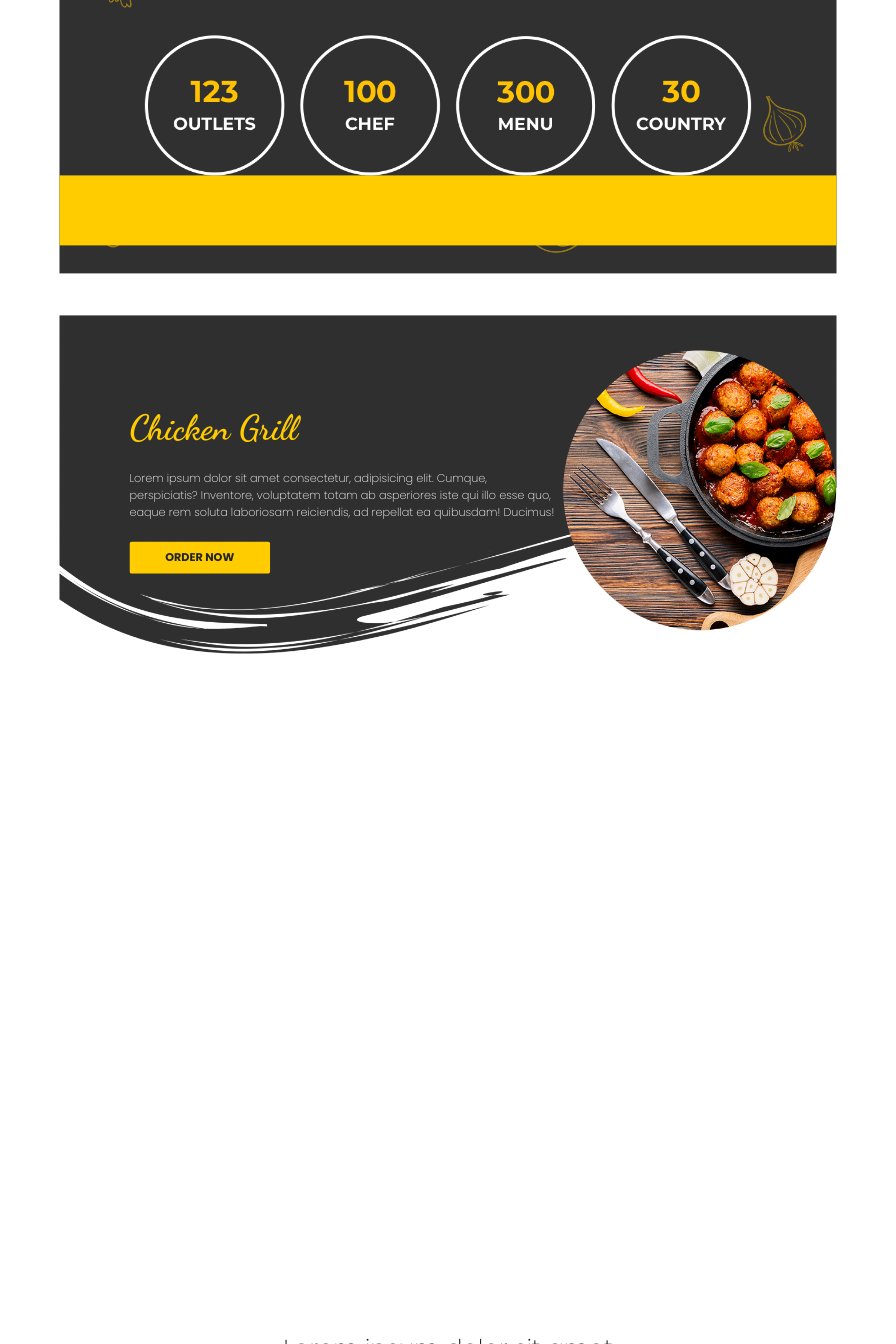
Repository: iphoneboy46/templateRestaurent
Page: index.html
An editor plug-in stored every save of this project. The page is shown before and after the next save, followed by the edit.
The browser window is 1280 px wide. The pictures show the part of the page from y = 2392 to 4312 px (the page is 7200 px tall), at 70% of full size.

Above is the page before, as saved 2022-10-12 22:34:45.

### index.html
<!DOCTYPE html>
<html lang="en">

<head>
    <meta charset="UTF-8">
    <meta http-equiv="X-UA-Compatible" content="IE=edge">
    <meta name="viewport" content="width=device-width, initial-scale=1.0">
    <link rel="stylesheet" href="https://cdn.jsdelivr.net/npm/bootstrap@4.3.1/dist/css/bootstrap.min.css"
        integrity="sha384-ggOyR0iXCbMQv3Xipma34MD+dH/1fQ784/j6cY/iJTQUOhcWr7x9JvoRxT2MZw1T" crossorigin="anonymous">
    <script src="https://code.jquery.com/jquery-3.3.1.slim.min.js"
        integrity="sha384-q8i/X+965DzO0rT7abK41JStQIAqVgRVzpbzo5smXKp4YfRvH+8abtTE1Pi6jizo"
        crossorigin="anonymous"></script>
    <script src="https://cdn.jsdelivr.net/npm/popper.js@1.14.7/dist/umd/popper.min.js"
        integrity="sha384-UO2eT0CpHqdSJQ6hJty5KVphtPhzWj9WO1clHTMGa3JDZwrnQq4sF86dIHNDz0W1"
        crossorigin="anonymous"></script>
    <script src="https://cdn.jsdelivr.net/npm/bootstrap@4.3.1/dist/js/bootstrap.min.js"
        integrity="sha384-JjSmVgyd0p3pXB1rRibZUAYoIIy6OrQ6VrjIEaFf/nJGzIxFDsf4x0xIM+B07jRM"
        crossorigin="anonymous"></script>
    <link rel="stylesheet" href="https://cdnjs.cloudflare.com/ajax/libs/font-awesome/6.2.0/css/all.min.css"
        integrity="sha512-xh6O/CkQoPOWDdYTDqeRdPCVd1SpvCA9XXcUnZS2FmJNp1coAFzvtCN9BmamE+4aHK8yyUHUSCcJHgXloTyT2A=="
        crossorigin="anonymous" referrerpolicy="no-referrer" />
    <link rel="stylesheet" href="style.css">
    <title>Document</title>
</head>

<body>
  <div class="container">
        <header class="header container-fluid">
            <nav class="menu__list pt-3">
                <div class="logo">
                    <a class="navbar-brand">
                        <img src="images/logo.png" alt="">
                    </a>
                </div>
                <ul class="menu__items">
                    <li class="nav-item">
                        <a class="nav-link text-white" href="#">Home</a>
                    </li>
                    <li class="nav-item">
                        <a class="nav-link text-white" href="#">Product</a>
                    </li>
                    <li class="nav-item">
                        <a class="nav-link text-white" href="#">Promo</a>
                    </li>
                    <li class="nav-item">
                        <a class="nav-link text-white" href="#">About</a>
                    </li>
                    <li class="nav-item">
                        <a class="nav-link text-white" href="#">Contact</a>
                    </li>
                </ul>
                <div class="item--search">
                    <i class="fa-solid fa-magnifying-glass"></i>
                </div>
            </nav>
            <div class="header__content">
                <h1>Title Here</h1>
                <p>Lorem ipsum dolor sit amet consectetur, adipisicing elit. Cumque, perspiciatis? Inventore, voluptatem
                    totam ab asperiores iste qui illo esse quo, eaque rem soluta laboriosam reiciendis, ad repellat ea
                    quibusdam! Ducimus!</p>
                <button type="button" class="btn">ORDER NOW</button>
            </div>
        </header>
        <section class="section">
            <div class="section__best-seller">
                <h1>Best seller</h1>
                <p>Lorem ipsum dolor sit amet consectetur adipisicing elit. Autem distinctio non dolorem nisi perspiciatis
                    eum alias sequi nobis a tempora! Eius perferendis sequi provident tempora deserunt ipsa excepturi,
                    laboriosam numquam.</p>
                <div class="section__best-seller--list">
                    <div class="section__best-seller--item">
                        <div>
                            <img src="images/img1.png" alt="">
                        </div>
                        <div>
                            <h2>Title Here</h2>
                        </div>
                        <div>
                            <p>Lorem ipsum dolor sit amet consectetur adipisicing elit. </p>
                        </div>
                    </div>
                    <div class="section__best-seller--item">
                        <div>
                            <img src="images/img2.png" alt="">
                        </div>
                        <div>
                            <h2>Title Here</h2>
                        </div>
                        <div>
                            <p>Lorem ipsum dolor sit amet consectetur adipisicing elit. </p>
                        </div>
                    </div>
                    <div class="section__best-seller--item">
                        <div>
                            <img src="images/img3.png" alt="">
                        </div>
                        <div>
                            <h2>Title Here</h2>
                        </div>
                        <div>
                            <p>Lorem ipsum dolor sit amet consectetur adipisicing elit. </p>
                        </div>
                    </div>
                </div>
            </div>
           <div class="section__background">
                <div class="section__Oriental">
                    <div class="section__Oriental--content">
                        <div class="section__Oriental--img">
                            <img src="images/img8.png" alt="">
                        </div>
                        <div class="section__Oriental--title">
                            <h1>Oriental Taste</h1>
                            <p>Lorem ipsum dolor sit amet consectetur, adipisicing elit. Cumque, perspiciatis? Inventore,
                                voluptatem totam ab asperiores iste qui illo esse quo, eaque rem soluta laboriosam reiciendis,
                                ad repellat ea quibusdam! Ducimus!</p>
                            <button type="button" class="btn">ORDER NOW</button>
                        </div>
                    </div>
                </div>
                <div class="section__Statistics">
                    <div class="section__Statistics--title">
                        <h1>Statistics</h1>
                        <p>Lorem ipsum dolor sit amet consectetur adipisicing elit. Autem distinctio non dolorem nisi
                            perspiciatis eum alias sequi nobis a tempora! Eius perferendis sequi provident tempora deserunt ipsa
                            excepturi, laboriosam numquam.</p>
                    </div>
                    <div class="section__Statistics--img">
                        <img src="images/img7.png" alt="">
                        <img src="images/img6.png" alt="">
                        <img src="images/img5.png" alt="">
                        <img src="images/img4.png" alt="">
                    </div>
                    <div class="background-Color"></div>
                    <div class="section__Chicken">
                        <div class="section__Oriental--content">
                            <div class="section__Oriental--title">
                                <h1>Chicken Grill</h1>
                                <p>Lorem ipsum dolor sit amet consectetur, adipisicing elit. Cumque, perspiciatis? Inventore,
                                    voluptatem totam ab asperiores iste qui illo esse quo, eaque rem soluta laboriosam
                                    reiciendis, ad repellat ea quibusdam! Ducimus!</p>
                                <button type="button" class="btn">ORDER NOW</button>
                            </div>
                            <div class="section__Oriental--img">
                                <img src="images/img9.png" alt="">
                            </div>
                        </div>
                    </div>
                </div>
                <div class="section__comment">
                   <div class="section__comment--title">
                        <p>Lorem ipsum dolor sit amet consectetur adipisicing elit. Dolor iure ducimus inventore enim harum aspernatur, et tempore minus ab, natus eos obcaecati error provident laboriosam. Eos quaerat unde sint! Sit.</p>
                        <h1>Lenora Fields</h1>
                   </div>
                </div>
           </div>
        </section>
  </div>
</body>

</html>

### style.css
@import url('https://fonts.googleapis.com/css2?family=Poppins:wght@200&display=swap');
@import url('https://fonts.googleapis.com/css2?family=Dancing+Script:wght@700&family=Great+Vibes&family=Pacifico&family=Poppins:wght@200;700&family=Yellowtail&display=swap');
@import url('https://fonts.googleapis.com/css2?family=Dancing+Script:wght@700&family=Pacifico&family=Poppins:wght@200&display=swap');


* {
    padding: 0;
    margin: 0;
    box-sizing: border-box;
    font-family: 'Poppins', sans-serif;
    text-decoration: none;
    list-style: none;
}

body {
    background-color: white;
    height: 1000vh;
}

.logo {
    width: 40%;
}

.header {
    background-image: url(images/header.png);
    width: 100%;
    height: 900px;
    background-repeat: no-repeat;
}

.menu__list {
    display: flex;
    justify-content: space-between;
    align-items: center;
}

.menu__items {
    display: flex;
    justify-content: space-between;
    align-items: center;
    width: 40%;
}

.menu__items li a {
    font-size: 20px;
}


.item--search i {
    margin-right: 10px;
    color: white;
    font-size: 20px;
}

.header__content {
    width: 435px;
    position: absolute;
    top: 40%;
    left: 65%;
    transform: translate(-50%, -50%)
}



.header__content h1 {
    color: #ffcc00;
    font-size: 80px;
    font-weight: bold;
    font-family: 'Dancing Script', sans-serif;
}

.header__content p {
    font-size: 18px;
    color: white;
    line-height: 30px;
    margin-top: 30px;
    margin-bottom: 30px;
}

.header__content .btn {
    background-color: #ffcc00;
    font-weight: 800;
    padding: 10px 50px;
}


.section__best-seller {
    width: 100%;
    margin: auto;
    margin-bottom: 100px;
}

.section__best-seller h1 {
    text-align: center;
    font-size: 50px;
    font-family: 'Dancing Script', sans-serif;
}

.section__best-seller p {
    text-align: center;
    font-weight: 500;
    margin-top: 20px;
    margin-bottom: 40px;
}

.section__best-seller--list {
    display: flex;
    justify-content: space-between;
    align-items: center;
}

.section__best-seller--item {
    display: flex;
    flex-direction: column;
    justify-content: space-around;
    align-items: center;
}

.section__best-seller--item img {
    width: 100%;
    height: 100%;
}

.section__best-seller--item h2 {
    text-align: center;
    margin-top: 5px;
    font-family: 'Dancing Script', sans-serif;
    font-weight: bolder;
}

.section__Oriental {
    background-image: url(images/Design3.png);
    width: 100%;
    background-size: 100%;
    background-repeat: no-repeat;
    margin: auto;
    padding:50px;

}

.section__Oriental--content {
    width: 100%;
    height: 500px;
    display: flex;
    justify-content: space-around;
    align-items: center;
}

.section__Oriental--img {
    width: 100%;
    height: 400px;
    margin-left: 10px;
}

.section__Oriental--img img {
    width: 100%;
    height: 100%;
}

.section__Oriental--title {
    margin-left: 100px;
}


.section__Oriental--title h1 {
    color: #ffcc00;
    font-size: 50px;
    font-weight: bold;
    font-family: 'Dancing Script', sans-serif;
}

.section__Oriental--title p {
    color: white;
    font-size: 16px;
    margin-top: 30px;
    margin-bottom: 30px;
}

.section__Oriental--title .btn {
    background-color: #ffcc00;
    font-weight: 800;
    padding: 10px 50px;
}

.section__Statistics {
    width: 100%;
    background-image: url(images/Design2.png);
    background-repeat: no-repeat;
    background-size: 100%;
    z-index: 5;
}


.section__Statistics--title h1 {
    color: #ffcc00;
    font-size: 50px;
    font-weight: bold;
    font-family: 'Dancing Script', sans-serif;
    text-align: center;
    padding-top: 80px;

}

.section__Statistics--title p {
    margin: auto;
    width: 70%;
    text-align: center;
    color: white;
}

.section__Statistics--img {
    width: 80%;
    margin: auto;
    display: flex;
    justify-content: space-around;
    align-items: center;
    margin-top: 57px;
}

.section__Statistics--img img{
    width: 200px;
}

.background-Color{
    width: 100%;
    height: 100px;background-color: #ffcc00;
}



.section__Chicken {
    position: relative;
    margin-top: 100px;
    background-color: white;
    width: 100%;
    background-image: url(images/Design4.png);
    background-repeat: no-repeat;
    background-size: 100%;
    height: 1000px;
    z-index: 1;
}



.section__comment--title {
    margin: auto;
    width: 50%;
    padding-top:450px;
}

.section__comment--title p{
    font-size:35px;
    text-align: center;
    font-weight: 500;
}

.section__comment--title h1{
    text-align: center;
    color: black;
    font-size: 100px;
    font-weight: bold;
    font-family: 'Dancing Script', sans-serif;
}

After the next save:
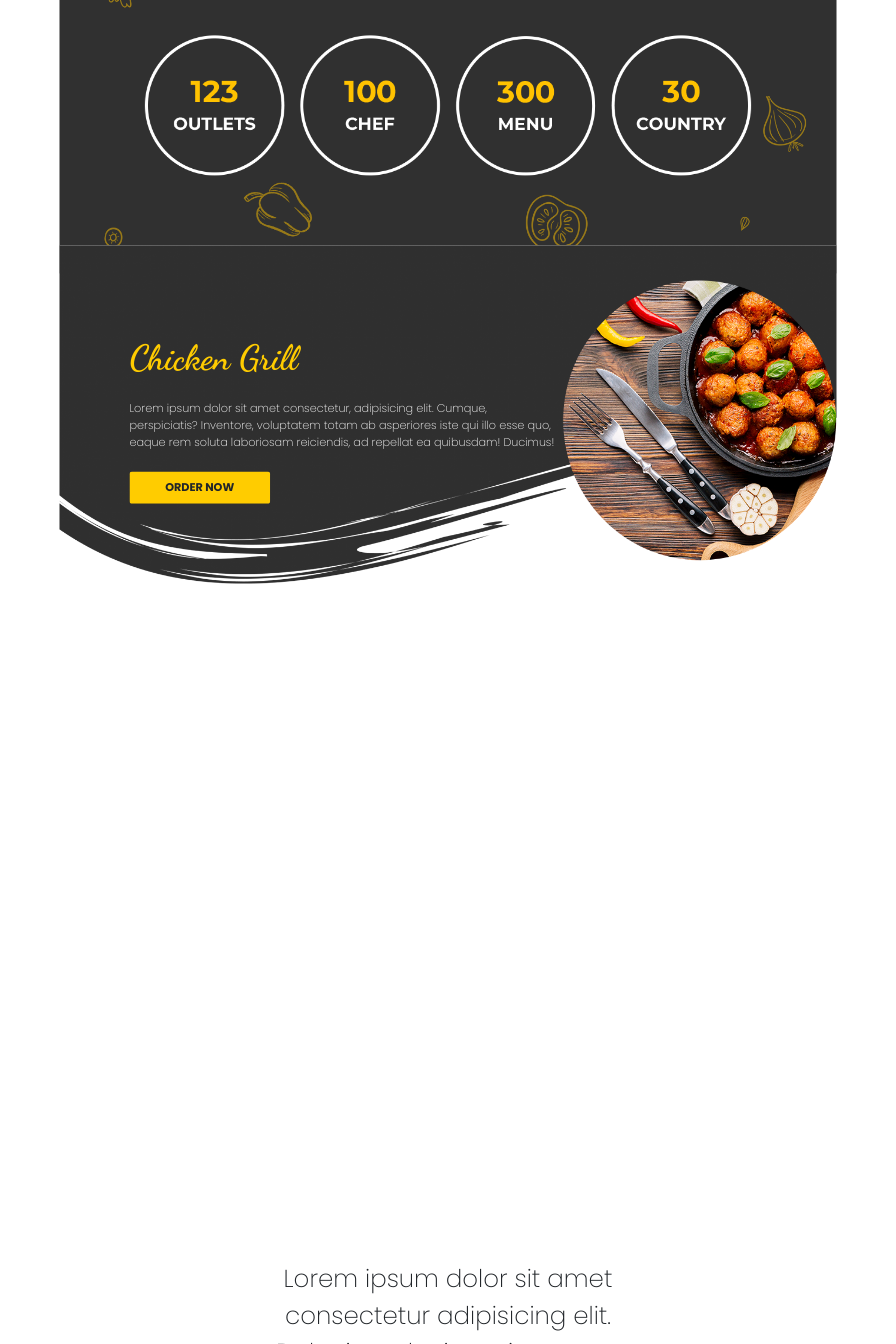
Saved 10 s later.
--- a/style.css
+++ b/style.css
@@ -221,12 +221,6 @@ body {
     width: 200px;
 }
 
-.background-Color{
-    width: 100%;
-    height: 100px;background-color: #ffcc00;
-}
-
-
 
 .section__Chicken {
     position: relative;
